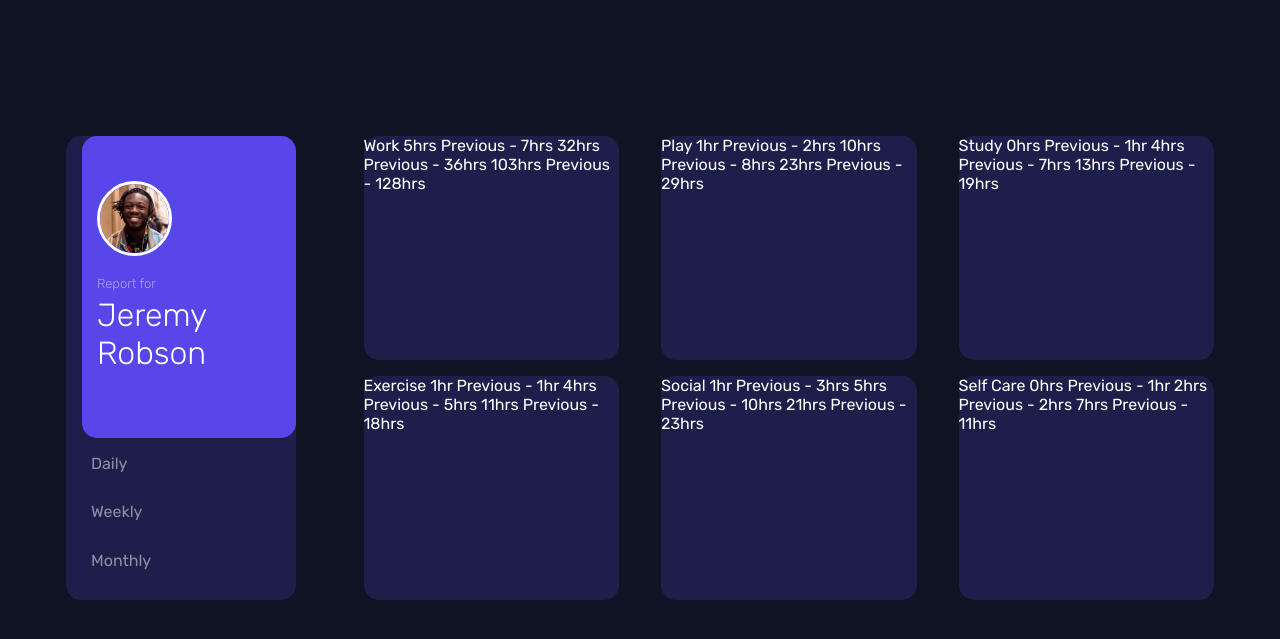
Repository: 3mr-5aled/time-tracking-dashboard-Junior
Page: index.html
An editor plug-in stored every save of this project. The page is shown before and after the next save, followed by the edit.
The browser window is 1280 px wide. The pictures show the whole page.

Above is the page before, as saved 2022-12-27 19:24:33.

After the next save:
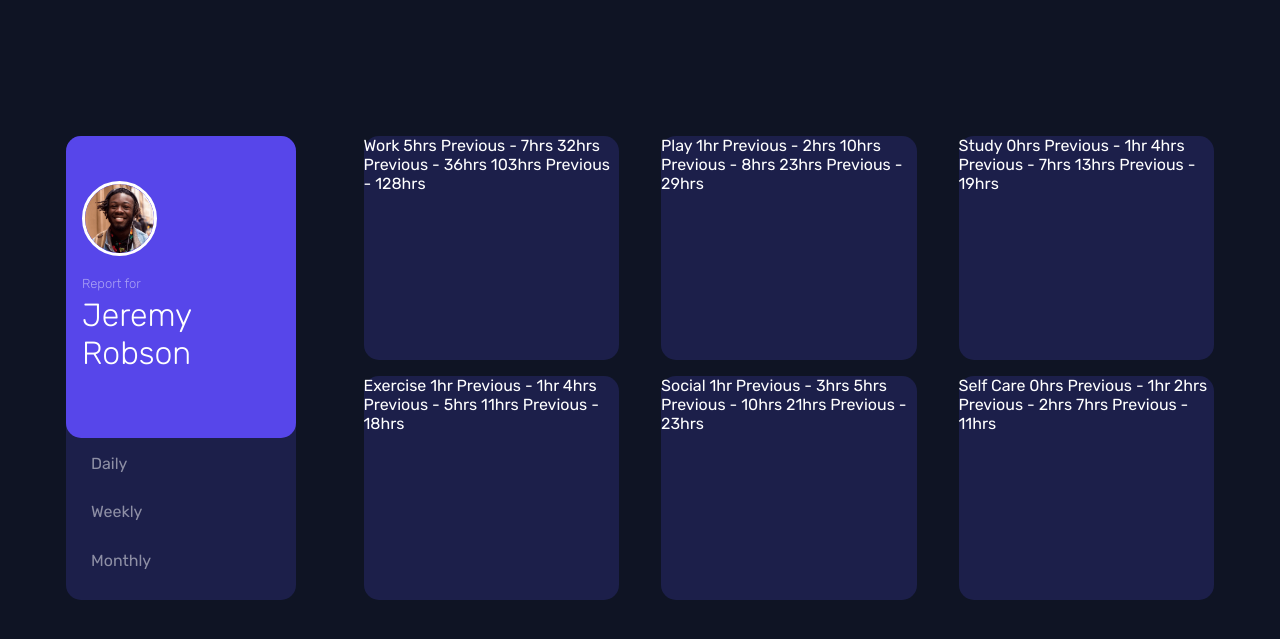
Saved 11 s later.
--- a/style.css
+++ b/style.css
@@ -166,7 +166,7 @@ img {
     align-items: flex-start;
     justify-content: center;
     height: 65%;
-    margin-left: 1rem;
+    padding-left: 1rem;
   }
   .userInfo span {
     word-wrap: break-word;
